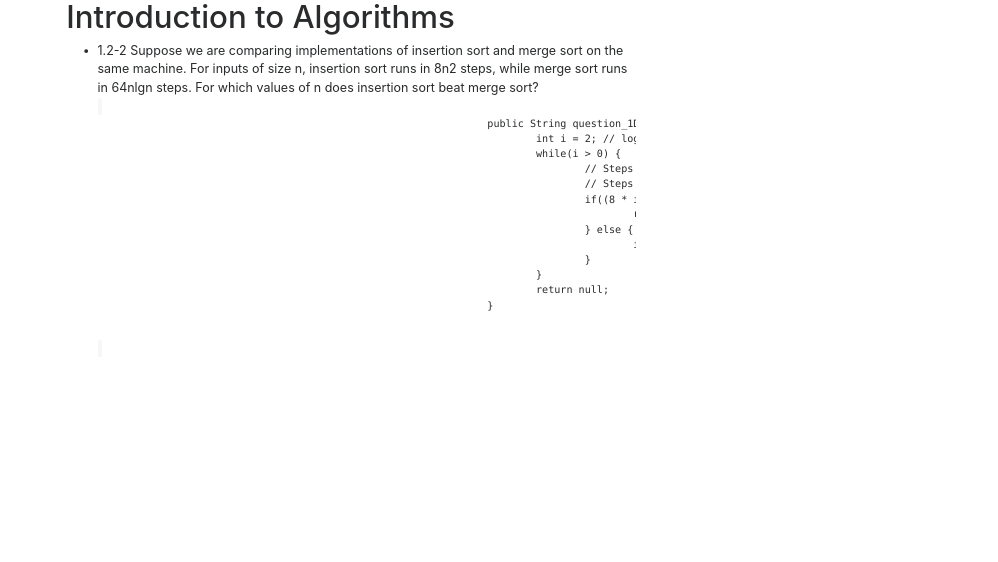
Repository: baltejas/algorithms
Page: algorithms/src/main/webapp/WEB-INF/views/index.html
These files come from the project's save history. The page is drawn as it stood at one moment and after the next save; the edit follows.
The browser window is 1280 px wide. The pictures show the whole page, at 78% of full size.

Above is the page before, as saved 2017-05-06 18:19:44.

### algorithms/src/main/webapp/WEB-INF/views/index.html
<html>
	<head>
		<link rel="stylesheet" href="resources/css/bootstrap.css">
	</head>
	<body>
		<div class="container">
		<h1>Introduction to Algorithms</h1>
			<div class="row">
				<div class="col-md-8">
					<ul>
						<li>1.2-2 Suppose we are comparing implementations of insertion sort and merge sort on the same machine.
							For inputs of size n, insertion sort runs in 8n2 steps, while merge sort runs in 64nlgn steps.
							For which values of n does insertion sort beat merge sort?<br>
							<code>
								<pre>
								public String question_1Dot2dash2() {
									int i = 2; // log(1) = 0 hence we start from 2
									while(i > 0) {
										// Steps to sort n inputs: insertion sort - 8n*n
										// Steps to sort n inputs: merge sort - 64nlgn (log to base 2)
										if((8 * i * i) > (64 * i * (Math.log(i)/Math.log(2)))) {
											return "Insertion sort beats merge sort at: " + i;
										} else {
											i++;
										}
									}
									return null;
								}
								</pre>
							</code>
						</li>
					</ul>
				</div>
			</div>
		</div>
	</body>
</html>

Loaded but not shown: algorithms/src/main/webapp/resources/css/bootstrap.css (library)

After the next save:
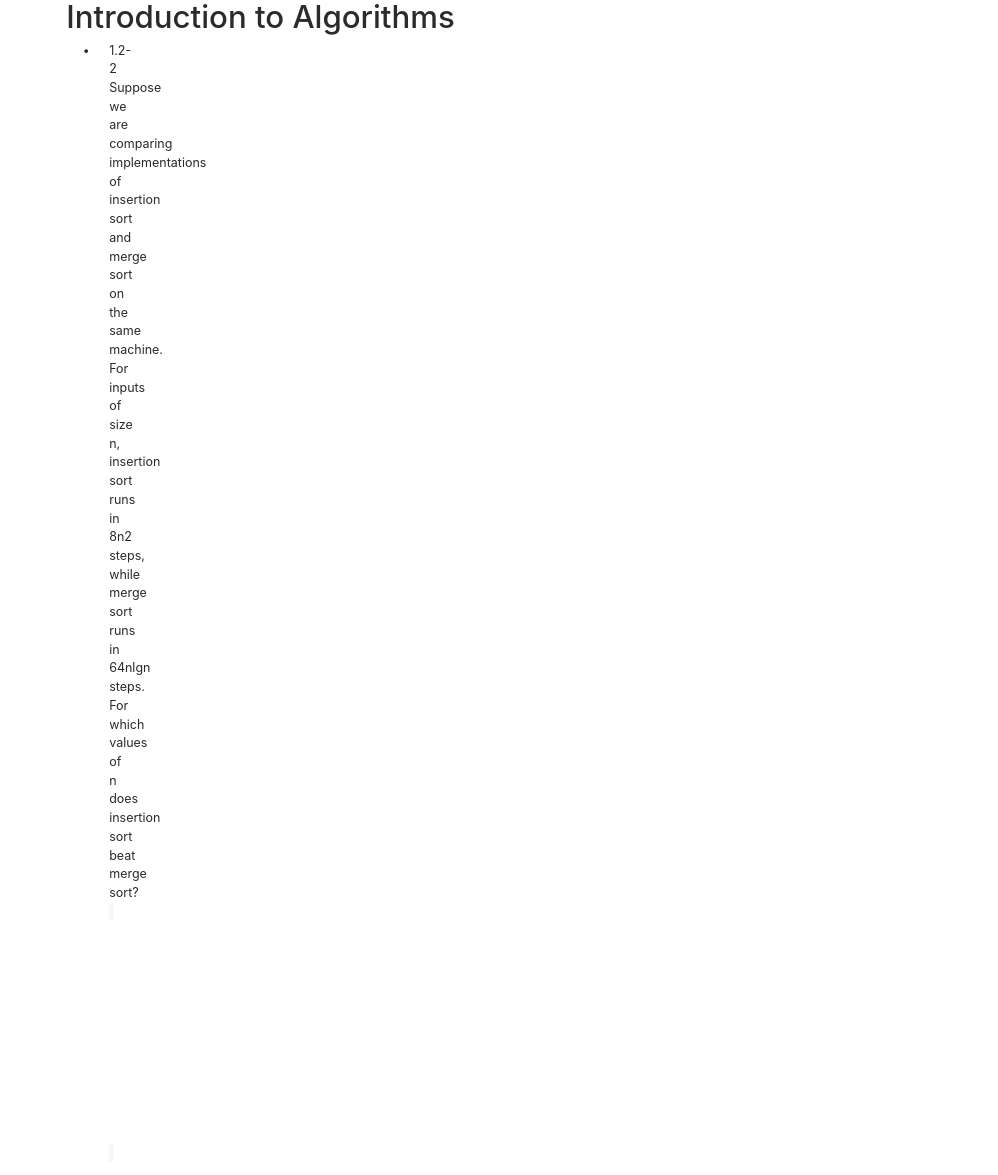
Saved 81 s later.
--- a/algorithms/src/main/webapp/WEB-INF/views/index.html
+++ b/algorithms/src/main/webapp/WEB-INF/views/index.html
@@ -8,7 +8,7 @@
 			<div class="row">
 				<div class="col-md-8">
 					<ul>
-						<li>1.2-2 Suppose we are comparing implementations of insertion sort and merge sort on the same machine.
+						<li class="col-sm-1">1.2-2 Suppose we are comparing implementations of insertion sort and merge sort on the same machine.
 							For inputs of size n, insertion sort runs in 8n2 steps, while merge sort runs in 64nlgn steps.
 							For which values of n does insertion sort beat merge sort?<br>
 							<code>
